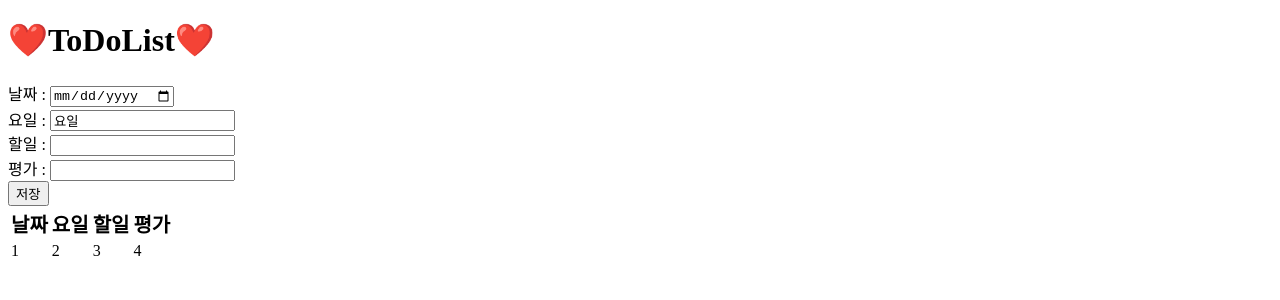
Repository: Flower-Deer/Mybatis_Practice_TodoList
Page: http://localhost/ToDoList/test.jsp
These files come from the project's save history. The page is drawn as it stood at one moment and after the next save; the edit follows.
The browser window is 1280 px wide. The pictures show the whole page.
The page is served by Tomcat 9.

Above is the page before, as saved 2023-03-18 06:10:26.

After the next save:
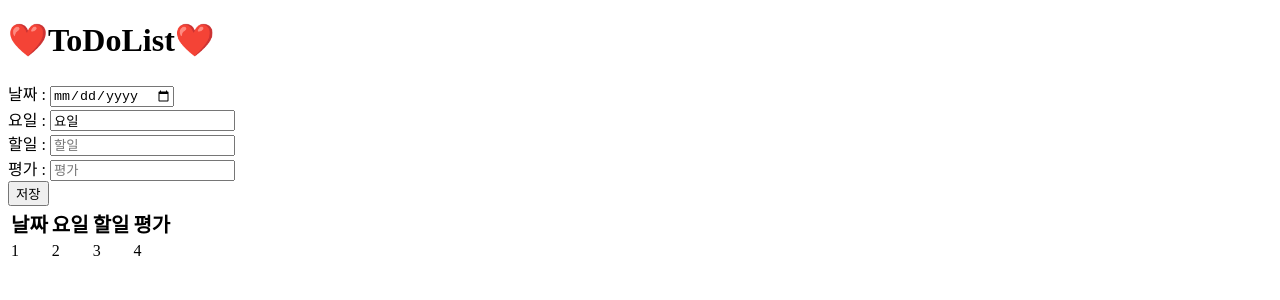
Saved 80 s later.
--- a/ToDoList/src/main/webapp/test.jsp
+++ b/ToDoList/src/main/webapp/test.jsp
@@ -11,8 +11,8 @@
 <form>
 	날짜 : <input type="date"> <br/>
 	요일 : <input type="text" value="요일"> <br/>
-	할일 : <input type="text"> <br/>
-	평가 : <input type="text"> <br/>
+	할일 : <input type="text" placeholder="할일"> <br/>
+	평가 : <input type="text" placeholder="평가"> <br/>
 	<input type="submit" value="저장">
 </form>
 <table>
